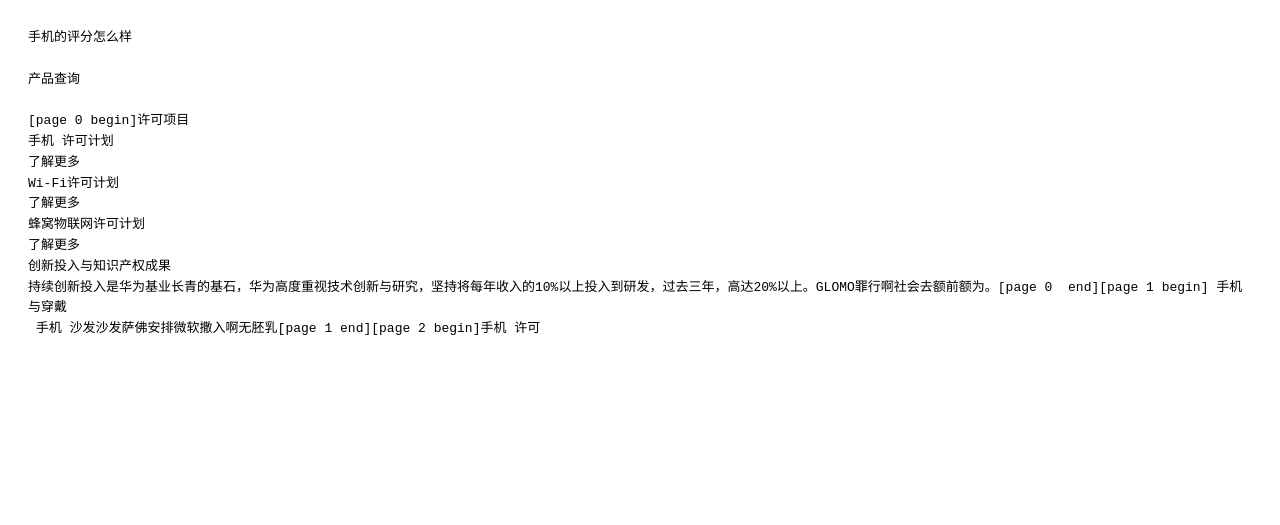
Repository: li-2019220129/test-editor
Page: index.html
The author's editor kept a copy of each file at every save. The page is drawn from the files as they stood at one save, then again after the next save.
The browser window is 1280 px wide. The pictures show the whole page.

Above is the page before, as saved 2025-06-05 20:52:44.

### index.html
<!DOCTYPE html>
<html lang="zh">
  <head>
    <meta charset="UTF-8" />
    <meta name="viewport" content="width=device-width, initial-scale=1.0" />
    <title>打字显示内容</title>
    <style>
      body {
        font-family: monospace;
        line-height: 1.6;
        padding: 20px;
      }
      #output {
        white-space: pre-wrap;
      }
    </style>
  </head>
  <body>
    <div id="output"></div>

    <script>
      const rawStr = `{"step":"rewrittenMessage","phase":"start"}{"step":"rewrittenMessage","phase":"end","content":"手机的评分怎么样"}{"step":"intentCheck","phase":"start"}{"step":"intentCheck","phase":"end","content":"产品查询"}{"step":"ragQuery","phase":"start"}{"content":"[page 0 begin]许可项目\\n手机 许可计划\\n了解更多\\nWi-Fi许可计划\\n了解更多\\n蜂窝物联网许可计划\\n了解更多\\n创新投入与知识产权成果\\n持续创新投入是华为基业长青的基石，华为高度重视技术创新与研究，坚持将每年收入的10%以上投入到研发，过去三年，高达20%以上。GLOMO罪行啊社会去额前额为。[page 0  end][page 1 begin] 手机 与穿戴\\n 手机 沙发沙发萨佛安排微软撒入啊无胚乳[page 1 end][page 2 begin]手机 许可计划\\n我啊啊啊二啊飞机票委任为如哇让啊二哦啊二app奥佩容儿偶尔譬如怕我[page 2 end]","source_url":["www.baidu.com","kweweb-rhsl.huawei.com/cn/products/connectivity/smartphone-wearable.html"],"source_title":["666","手机与穿戴","手机许可计划"]}{"step":"finalSummary","phase":"start"}{"content":"安抚还饿沙俄我日哦安慰后悔阿尔文然后五花肉为安徽让我i和啊我日哈我让毫无热火华为偶然好温柔好温柔和哈我而忽然。"}{"step":"finalSummary","phase":"end"}`;

      // 使用正则分割字符串为多个 JSON 块（非贪婪匹配）
      const jsonObjects = rawStr.match(/({.*?})(?={|$)/gs) || [];

      // 尝试解析所有 JSON 块
      const parsedObjects = jsonObjects
        .map((str) => {
          try {
            return JSON.parse(str);
          } catch (e) {
            return null;
          }
        })
        .filter(Boolean);

      const output = document.getElementById("output");

      // 打字效果函数
      async function typeText(text, container, delay = 20) {
        for (let i = 0; i < text.length; i++) {
          container.textContent += text[i];
          await new Promise((resolve) => setTimeout(resolve, delay));
        }
        container.textContent += "\n\n";
      }

      // 遍历并显示所有 content 字段
      async function renderAll() {
        for (const obj of parsedObjects) {
          if (obj.content) {
            const span = document.createElement("span");
            output.appendChild(span);
            await typeText(obj.content, span, 20); // 可调节打字速度
          }
        }
      }

      renderAll();
    </script>
  </body>
</html>

After the next save:
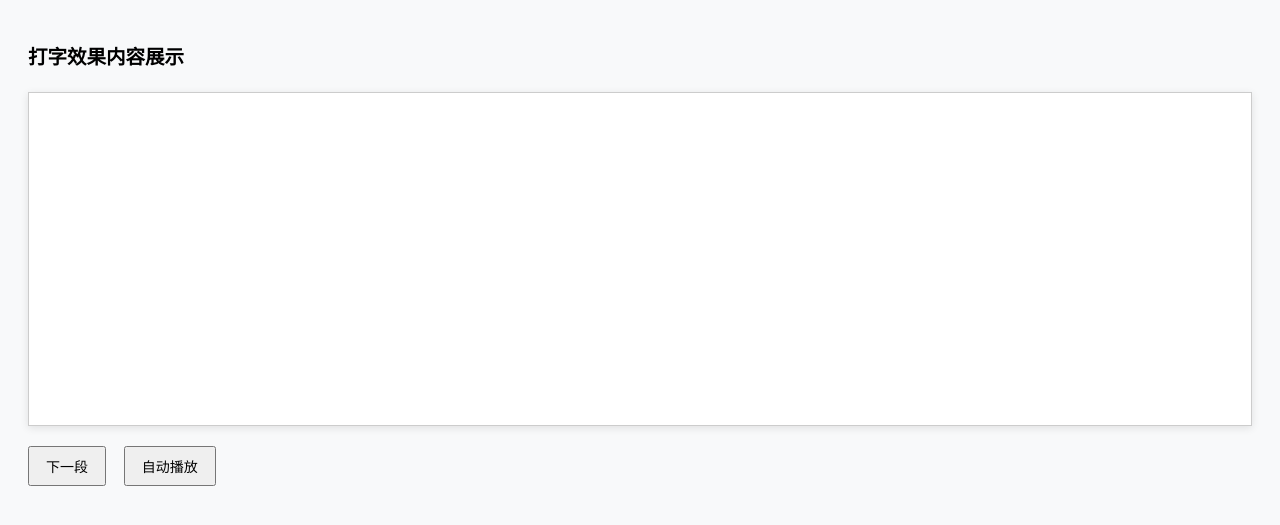
Saved 4 min 31 s later.
--- a/index.html
+++ b/index.html
@@ -2,62 +2,105 @@
 <html lang="zh">
   <head>
     <meta charset="UTF-8" />
-    <meta name="viewport" content="width=device-width, initial-scale=1.0" />
-    <title>打字显示内容</title>
+    <title>逐段打字展示内容</title>
     <style>
       body {
         font-family: monospace;
         line-height: 1.6;
         padding: 20px;
+        background-color: #f8f9fa;
       }
       #output {
         white-space: pre-wrap;
+        background: #fff;
+        border: 1px solid #ccc;
+        padding: 16px;
+        min-height: 300px;
+        max-height: 80vh;
+        overflow-y: auto;
+        box-shadow: 0 2px 8px rgba(0, 0, 0, 0.1);
+      }
+      #controls {
+        margin-top: 20px;
+      }
+      button {
+        padding: 8px 16px;
+        margin-right: 10px;
+        font-size: 14px;
+        cursor: pointer;
       }
     </style>
   </head>
   <body>
+    <h2>打字效果内容展示</h2>
     <div id="output"></div>
+
+    <div id="controls">
+      <button id="nextBtn">下一段</button>
+      <button id="autoBtn">自动播放</button>
+    </div>
 
     <script>
       const rawStr = `{"step":"rewrittenMessage","phase":"start"}{"step":"rewrittenMessage","phase":"end","content":"手机的评分怎么样"}{"step":"intentCheck","phase":"start"}{"step":"intentCheck","phase":"end","content":"产品查询"}{"step":"ragQuery","phase":"start"}{"content":"[page 0 begin]许可项目\\n手机 许可计划\\n了解更多\\nWi-Fi许可计划\\n了解更多\\n蜂窝物联网许可计划\\n了解更多\\n创新投入与知识产权成果\\n持续创新投入是华为基业长青的基石，华为高度重视技术创新与研究，坚持将每年收入的10%以上投入到研发，过去三年，高达20%以上。GLOMO罪行啊社会去额前额为。[page 0  end][page 1 begin] 手机 与穿戴\\n 手机 沙发沙发萨佛安排微软撒入啊无胚乳[page 1 end][page 2 begin]手机 许可计划\\n我啊啊啊二啊飞机票委任为如哇让啊二哦啊二app奥佩容儿偶尔譬如怕我[page 2 end]","source_url":["www.baidu.com","kweweb-rhsl.huawei.com/cn/products/connectivity/smartphone-wearable.html"],"source_title":["666","手机与穿戴","手机许可计划"]}{"step":"finalSummary","phase":"start"}{"content":"安抚还饿沙俄我日哦安慰后悔阿尔文然后五花肉为安徽让我i和啊我日哈我让毫无热火华为偶然好温柔好温柔和哈我而忽然。"}{"step":"finalSummary","phase":"end"}`;
 
-      // 使用正则分割字符串为多个 JSON 块（非贪婪匹配）
       const jsonObjects = rawStr.match(/({.*?})(?={|$)/gs) || [];
-
-      // 尝试解析所有 JSON 块
       const parsedObjects = jsonObjects
         .map((str) => {
           try {
             return JSON.parse(str);
-          } catch (e) {
+          } catch {
             return null;
           }
         })
-        .filter(Boolean);
+        .filter((obj) => obj && obj.content);
 
       const output = document.getElementById("output");
+      const nextBtn = document.getElementById("nextBtn");
+      const autoBtn = document.getElementById("autoBtn");
+
+      let currentIndex = 0;
+      let autoPlaying = false;
 
       // 打字效果函数
       async function typeText(text, container, delay = 20) {
         for (let i = 0; i < text.length; i++) {
           container.textContent += text[i];
+          container.scrollTop = container.scrollHeight;
           await new Promise((resolve) => setTimeout(resolve, delay));
         }
         container.textContent += "\n\n";
+        container.scrollTop = container.scrollHeight;
       }
 
-      // 遍历并显示所有 content 字段
-      async function renderAll() {
-        for (const obj of parsedObjects) {
-          if (obj.content) {
-            const span = document.createElement("span");
-            output.appendChild(span);
-            await typeText(obj.content, span, 20); // 可调节打字速度
-          }
-        }
+      async function showNextContent() {
+        if (currentIndex >= parsedObjects.length) return;
+
+        const span = document.createElement("span");
+        output.appendChild(span);
+        const content = parsedObjects[currentIndex].content;
+        await typeText(content, span, 20);
+        currentIndex++;
       }
 
-      renderAll();
+      nextBtn.addEventListener("click", async () => {
+        if (!autoPlaying) {
+          await showNextContent();
+        }
+      });
+
+      autoBtn.addEventListener("click", async () => {
+        if (autoPlaying) return;
+        autoPlaying = true;
+        autoBtn.disabled = true;
+        nextBtn.disabled = true;
+
+        while (currentIndex < parsedObjects.length) {
+          await showNextContent();
+          await new Promise((resolve) => setTimeout(resolve, 400)); // 每段之间间隔
+        }
+
+        autoPlaying = false;
+      });
     </script>
   </body>
 </html>
